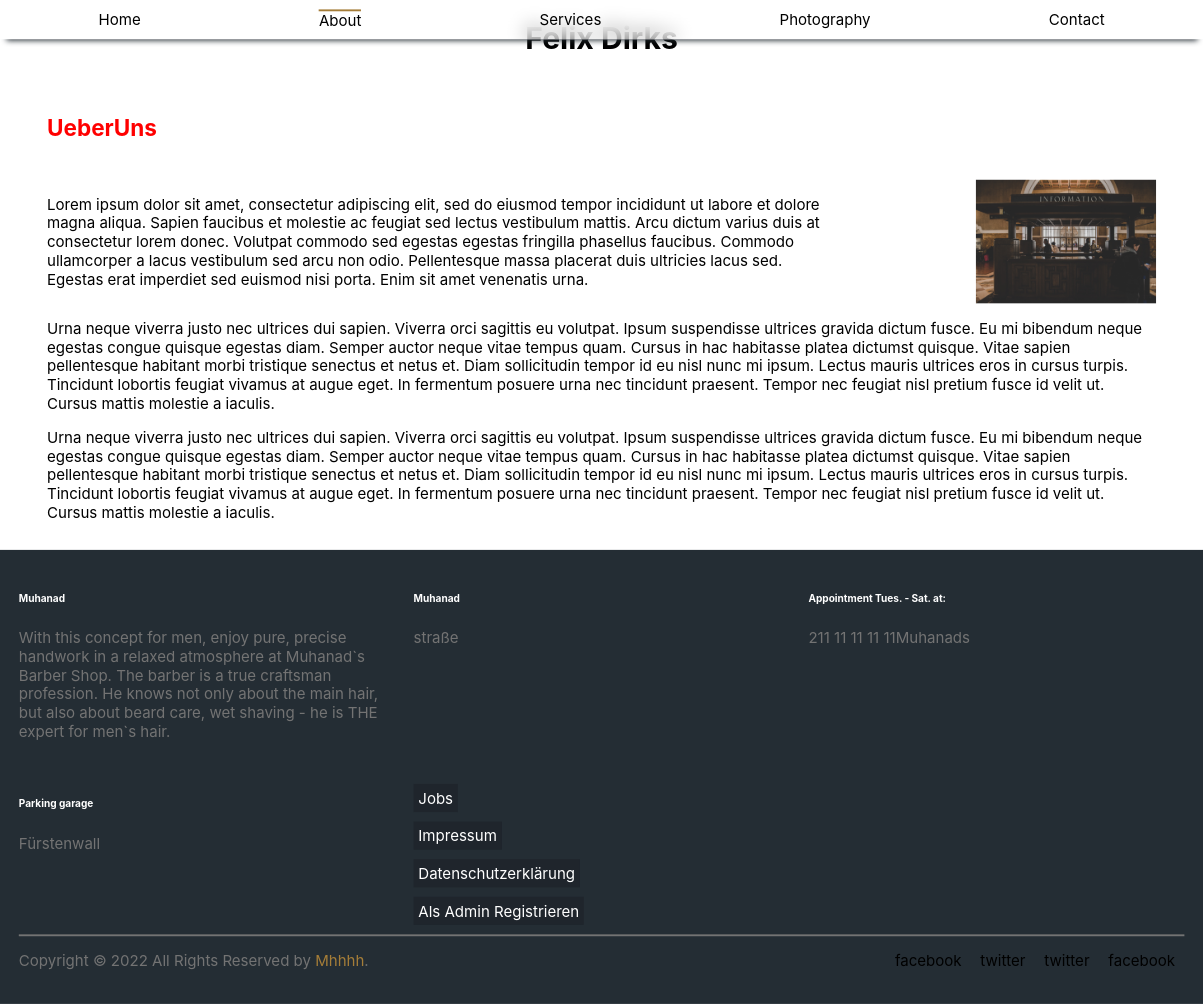
Repository: muhanad-musawi/backend-projekt-frondend
Page: /About (app in pohtographer/)
These files come from the project's save history. The page is drawn as it stood at one moment and after the next save; the edit follows.
The browser window is 1280 px wide. The pictures show the whole page, at 94% of full size.
The project was rebuilt for these pictures with package versions that can differ from the ones it lists, and the page was loaded fresh each time. The framework's server and built-in components were replaced by stand-ins that run in the browser. Also part of the build but not shown: pohtographer/next.config.js.

Above is the page before, as saved 2022-03-27 16:38:38.

### pohtographer/pages/_app.js
import '../styles/globals.css'
import Layout from '../layouts/default'

function MyApp({ Component, pageProps }) {


  const getLayout = Component.getLayout
  || ((page) => (<Layout>{page}</Layout>))

  return  getLayout (<Component {...pageProps} />


  )

}

export default MyApp

### pohtographer/pages/About.jsx

import styles from '../styles/main.module.css'
import Image from 'next/image'
import imgA from '../img/philip-strong-iOBTE2xsYko-unsplash.jpg'


function UeberUns() {
  return (
    <div>

    <div className={styles.mainContent}  >

    <h2 className={styles.hTwo} >UeberUns</h2>

    <div  className={styles.imgText} >
    <p className={styles.text} >Lorem ipsum dolor sit amet, consectetur adipiscing elit, sed do eiusmod tempor incididunt ut labore et dolore magna aliqua. Sapien faucibus et molestie ac feugiat sed lectus vestibulum mattis. Arcu dictum varius duis at consectetur lorem donec. Volutpat commodo sed egestas egestas fringilla phasellus faucibus. Commodo ullamcorper a lacus vestibulum sed arcu non odio. Pellentesque massa placerat duis ultricies lacus sed. Egestas erat imperdiet sed euismod nisi porta. Enim sit amet venenatis urna.
    </p>
    <Image width={192}  height={118} src={imgA} alt="" />
    </div>

    <p  className={styles.text}>Urna neque viverra justo nec ultrices dui sapien. Viverra orci sagittis eu volutpat. Ipsum suspendisse ultrices gravida dictum fusce. Eu mi bibendum neque egestas congue quisque egestas diam. Semper auctor neque vitae tempus quam. Cursus in hac habitasse platea dictumst quisque. Vitae sapien pellentesque habitant morbi tristique senectus et netus et. Diam sollicitudin tempor id eu nisl nunc mi ipsum. Lectus mauris ultrices eros in cursus turpis. Tincidunt lobortis feugiat vivamus at augue eget. In fermentum posuere urna nec tincidunt praesent. Tempor nec feugiat nisl pretium fusce id velit ut. Cursus mattis molestie a iaculis.</p>

    <p className={styles.text}>
    Urna neque viverra justo nec ultrices dui sapien. Viverra orci sagittis eu volutpat. Ipsum suspendisse ultrices gravida dictum fusce. Eu mi bibendum neque egestas congue quisque egestas diam. Semper auctor neque vitae tempus quam. Cursus in hac habitasse platea dictumst quisque. Vitae sapien pellentesque habitant morbi tristique senectus et netus et. Diam sollicitudin tempor id eu nisl nunc mi ipsum. Lectus mauris ultrices eros in cursus turpis. Tincidunt lobortis feugiat vivamus at augue eget. In fermentum posuere urna nec tincidunt praesent. Tempor nec feugiat nisl pretium fusce id velit ut. Cursus mattis molestie a iaculis.
    </p>

  </div>

  </div>
  )
}

export default UeberUns

### pohtographer/styles/globals.css
html,
body {
  padding: 0;
  margin: 0;
  font-family: -apple-system, BlinkMacSystemFont, Segoe UI, Roboto, Oxygen,
    Ubuntu, Cantarell, Fira Sans, Droid Sans, Helvetica Neue, sans-serif;
}

a {
  color: inherit;
  text-decoration: none;
}

* {
  box-sizing: border-box;
}

### pohtographer/layouts/default.jsx

import Header from '../components/Header'

import Footer from '../components/Footer'
import Head from 'next/head'


function Layout ({children}) {
  return (
    <div>
       <Header/>
       <Head>
        <title>my-App</title>
        <meta name="description" content="Generated by create next app" />
        <link rel="icon" href="/favicon.ico" />
      </Head>
      {children}
      <Footer/>
    </div>
  )
}

export default Layout

### pohtographer/styles/main.module.css


.mainContent{
  margin: 30px 50px;
}

.hTwo {
  color: red;
  margin: 40px 0px;
}

.text{
  text-align: left;


}

.imgText{
  display: flex;
  justify-content: space-between;
}

.imgText p {
  width: 70%;
 }

### pohtographer/components/Header.jsx
import Link from 'next/link'
import Image from 'next/image'
import home from '../img/home.svg'
import about from '../img/about.svg'
import service from '../img/service.svg'
import experience from '../img/experience.svg'
import contact from '../img/contact.svg'

import styles from '../styles/Header.module.css'
import { useRouter } from "next/router";



function Header() {

  const router = useRouter();

  return (
    <div className={styles.navbarCenter} >
      <h1 className={styles.logoName}>Felix Dirks</h1>
    <div className={styles.headerLinks}>

        <Link href="/">
          <a className={router.pathname == "/" ? styles.active : ""}><span className={styles.desktopVersion}>Home</span>
        <span className={styles.mobileVersion}>

          <span className={styles.img}> <Image  src={home} alt="home" /></span>


        </span></a>
        </Link>

        <Link href="/About">
          <a className={router.pathname == "/About" ? styles.active : ""}>
          <span className={styles.desktopVersion}>About</span>
        <span className={styles.mobileVersion}>


        <span className={styles.img} ><Image   src={about} alt="about" /></span>

        </span>
          </a>
        </Link>

        <Link href="/Services">
          <a className={router.pathname == "/Services" ? styles.active  : ""}>
          <span className={styles.desktopVersion}>Services</span>
        <span className={styles.mobileVersion}>

          <span className={styles.img}><Image  src={service} alt="service" /></span>


        </span>
          </a>
        </Link>

        <Link href="/Photography">
          <a className={router.pathname == "/Photography" ? styles.active  : ""}>
          <span className={styles.desktopVersion}>Photography</span>
        <span className={styles.mobileVersion}>

          <span className={styles.img} > <Image  src={home} alt="home" /></span>


        </span>
          </a>
        </Link>

        <Link href="/Contact">
          <div className={router.pathname == "/Contact" ? styles.active : ""}>
          <span className={styles.desktopVersion}>Contact</span>

        <span className={styles.mobileVersion}>

          <span className={styles.img} ><Image  src={contact} alt="contact" /></span>

        </span>
          </div>
        </Link>

        </div>

    </div>
  )
}

export default Header

### pohtographer/components/Footer.jsx
import Link from "next/link";
import styles from "../styles/Footer.module.css";

function Footer() {
  return (
    <div className={styles.footer}>

    <div className={styles.startFooter}>
      <div className={styles.conceptText}>
        <h6>Muhanad</h6>
        <p>
          With this concept for men, enjoy pure, precise handwork in a relaxed
          atmosphere at Muhanad`s Barber Shop. The barber is a true craftsman
          profession. He knows not only about the main hair, but also about
          beard care, wet shaving - he is THE expert for men`s hair.
        </p>
      </div>

      <div className={styles.adresseLink}>
        <h6>Muhanad</h6>
        <div>
          <Link href="'">straße</Link>
        </div>
      </div>

      <div className={styles.openingContactDetails}>
        <h6>Appointment Tues. - Sat. at:</h6>
        <div>
          <Link href="'">211 11 11 11 11</Link>
          <Link href="'">Muhanads</Link>
        </div>
      </div>

      <div className={styles.parkingGarage}>
        <h6>Parking garage</h6>
        <div>
          <Link href="'">Fürstenwall</Link>
        </div>
      </div>

      <div className={styles.jobsImpressumDatenschutzerklärungLink}>
      <div><Link href="'">Jobs</Link></div>
      <div><Link href="'">Impressum</Link></div>
       <div><Link href="'">Datenschutzerklärung</Link></div>
       <div><Link href="/register">Als Admin Registrieren</Link></div>
      </div>
       </div>


      <div className={styles.endFooter}>

        <div className={styles.copyrightLink}>
          <p>
           Copyright &copy; 2022 All Rights Reserved by
           <span className={styles.link}><Link href="#">  Mhhhh</Link></span>.
          </p>
        </div>

        <div className={styles.socialMedia}>
          <ul className={styles.socialMediaUl}>
            <li>
              <span><Link href="#">facebook</Link></span>

            </li>
            <li>
              <span><Link href="#">twitter</Link></span>

            </li>
            <li>
              <span><Link href="#">twitter </Link></span>

            </li>
            <li>
              <span><Link href="#">facebook</Link></span>
            </li>
          </ul>
        </div>
      </div>
    </div>
  );
}

export default Footer;

### pohtographer/styles/Header.module.css
/*
$color-white:#ffffff;
$footer-color:#737373;
$color-gold:#a57d38;
$color-dark:#242d34;
*/




.navbarCenter {
  width: 100%;
  display: flex;
  justify-content: center;

}

.headerLinks {
  -webkit-backdrop-filter: blur(10px);
  backdrop-filter: blur(10px);
  background-color: rgba(255, 255, 255, 0.5);

  margin: auto auto;
  padding: 10px;
  margin-bottom: 50px;
  display: flex;
  justify-content: space-around;
  align-items: center;

  border-radius: 40px;
  overflow: hidden;
  position: fixed;
  bottom: 0;
  width: 85%;
}

.mobileVersion {
  display: flex;
  justify-content: center;
  align-items: center;
  visibility: visible;
  border: 1px solid #a57d38;
  border-radius: 60%;
}

.mobileVersion:hover {
  border: 1px solid #a57d38;
  background-color: #242d34;
  border-radius: 60%;
}

.active {
  background-color: #242d34;
  border-radius: 60%;
  border: 2px solid #a57d38;
}

.img {
  width: 40px;
  margin: 5px;
  margin-left: 10px;
  margin-right: 10px;
  margin-top: 10px;
}

.desktopVersion {
  display: none;
  visibility: hidden;
}



@media screen and (min-width: 1024px) {

  .navbarCenter {

    position: sticky;
    overflow: hidden;
    z-index: 2;
    top: 0;

    width: 100%;
  }


  .headerLinks {
    width: 100%;
    -webkit-backdrop-filter: blur(10px);
    backdrop-filter: blur(10px);
    background-color: rgba(255, 255, 255, 0.5);


    justify-content: space-around;
    margin-top: 0px;
    margin-bottom: 0px;
    border-radius: 0;
    bottom: unset;


    -webkit-box-shadow: 0 8px 6px -6px #242d34;
    -moz-box-shadow: 0 8px 6px -6px #242d34;
    box-shadow: 0 8px 6px -6px #242d34;
  }


  .active {

    background-color: initial;
    border-radius: 0;
    border: none;
    border-top: 2px solid #a57d38;
  }

  .mobileVersion {
    display: none;
    visibility: hidden;
  }

  .desktopVersion {


    display: block;
    visibility: visible;
  }




}

### pohtographer/styles/Footer.module.css


.footer {
  width: 100%;
  padding: 20px;
  background-color: rgba(36,45,52,1);
}

.startFooter {
  display: grid;
  grid-template-columns: 1fr;
  grid-template-rows: 1fr;
}

.conceptText h6{
  color: #ffffff;
}

.conceptText p {
  color: #737373;
}

.adresseLink h6{
  color: #ffffff;
}

.adresseLink div{
  color: #737373;
}

.openingContactDetails h6{
  color: #ffffff;
}

.openingContactDetails div{
  color: #737373;
}

.parkingGarage h6{
  color: #ffffff;
}

.parkingGarage div {
  color: #737373;
}

.jobsImpressumDatenschutzerklärungLink  div {
  margin: 10px 0;
  padding: 5px 5px;
  color: #ffffff;
  background-color: #1f252c;
  width: max-content;
}

.jobsImpressumDatenschutzerklärungLink  div {
  color: #ffffff;
  background-color: ;
}



.copyrightLink {
  color: #737373;
  display: flex;
}

.link {
  color: #a57d38;
}

.endFooter {
  width: 100%;
  display: flex;
  justify-content: space-between;
  flex-direction: column;
  align-items: center;
  border-top: 2px solid  #737373;
}

.socialMedia {
 text-align: center;
}

.socialMediaUl {
  list-style: none;
  display: flex;
 justify-content: space-between;
}

.socialMediaUl li {
  margin: 0;
}


@media screen and (min-width: 700px) {

  .startFooter {
    display: grid;
    grid-template-columns: 1fr 1fr ;
    grid-template-rows: auto;
    column-gap: 20px;
    row-gap: 20px;
  }

  .endFooter {
    flex-direction: row;
  }

  .socialMediaUl li {
    margin: 0 10px
  }

}

@media screen and (min-width: 1000px) {

  .startFooter {
    display: grid;
    grid-template-columns: 1fr 1fr 1fr;
    grid-template-rows: auto;

  }

  .socialMedia {
    text-align: center;
    display: flex;
    justify-content: space-between;
   }
}

After the next save:
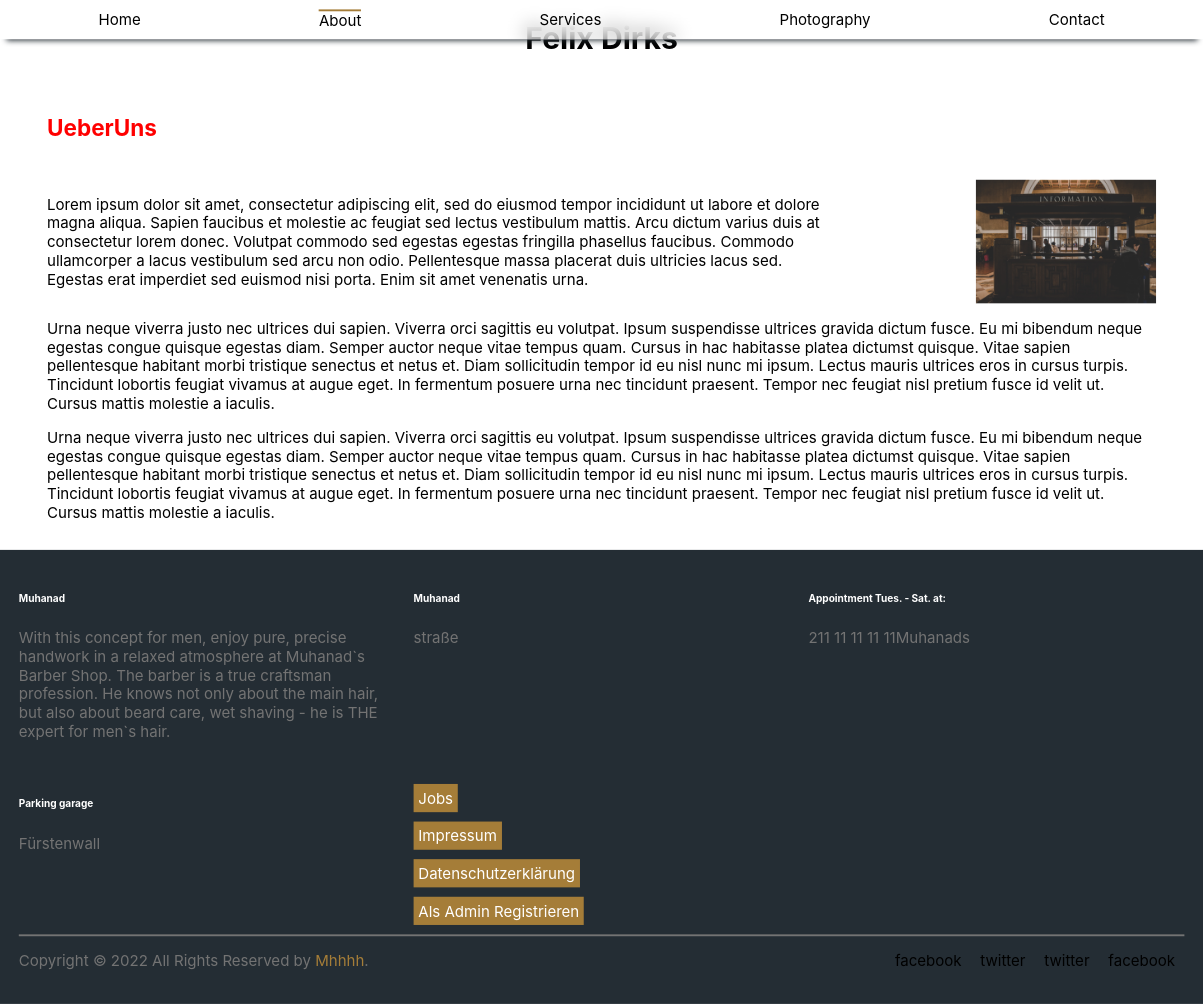
Saved 8 s later.
--- a/pohtographer/styles/Footer.module.css
+++ b/pohtographer/styles/Footer.module.css
@@ -54,7 +54,7 @@
 
 .jobsImpressumDatenschutzerklärungLink  div {
   color: #ffffff;
-  background-color: ;
+  background-color: #a57d38 ;
 }
 
 

After the 2 saves that followed:
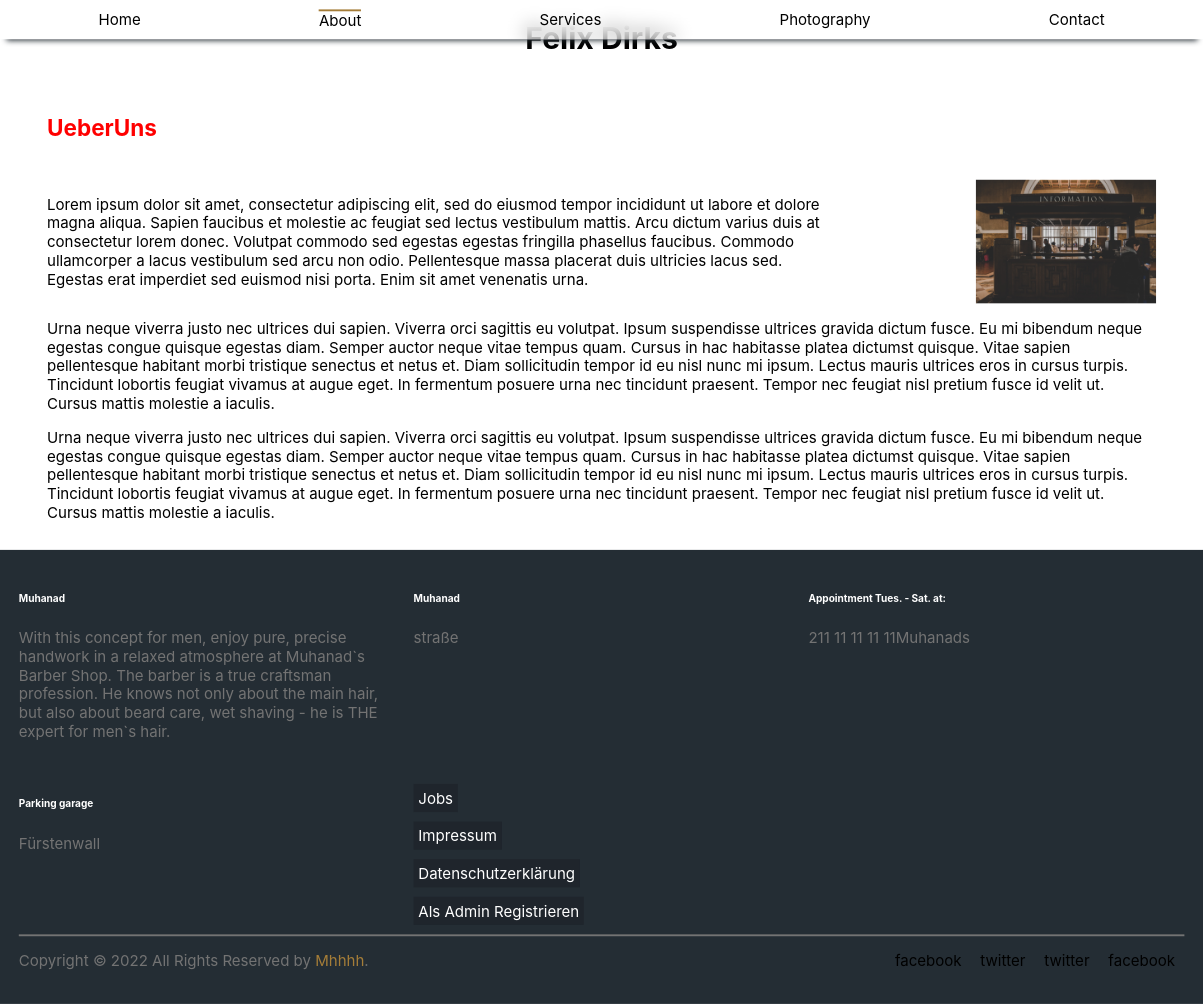
The 2 saves are shown as one change because they came seconds apart.
The last was saved 9 s later.
--- a/pohtographer/styles/Footer.module.css
+++ b/pohtographer/styles/Footer.module.css
@@ -52,7 +52,7 @@
   width: max-content;
 }
 
-.jobsImpressumDatenschutzerklärungLink  div {
+.jobsImpressumDatenschutzerklärungLink  div:H {
   color: #ffffff;
   background-color: #a57d38 ;
 }
